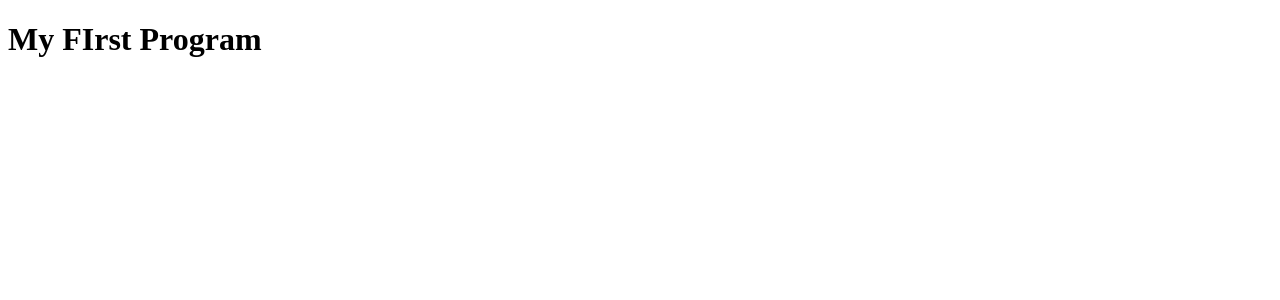
Repository: Anusha-Shilamkoti/Anusha
Page: MyFirstWebProject/WebContent/Index.html
These files come from the project's save history. The page is drawn as it stood at one moment and after the next save; the edit follows.
The browser window is 1280 px wide. The pictures show the whole page.

Above is the page before, as saved 2020-01-18 07:19:30.

### MyFirstWebProject/WebContent/Index.html
<!DOCTYPE html>
<html>
<head>
<meta charset="ISO-8859-1">
<title>Web Application</title>
</head>
<body>
<h1>My FIrst Program</h1>
</body>
</html>

After the next save:
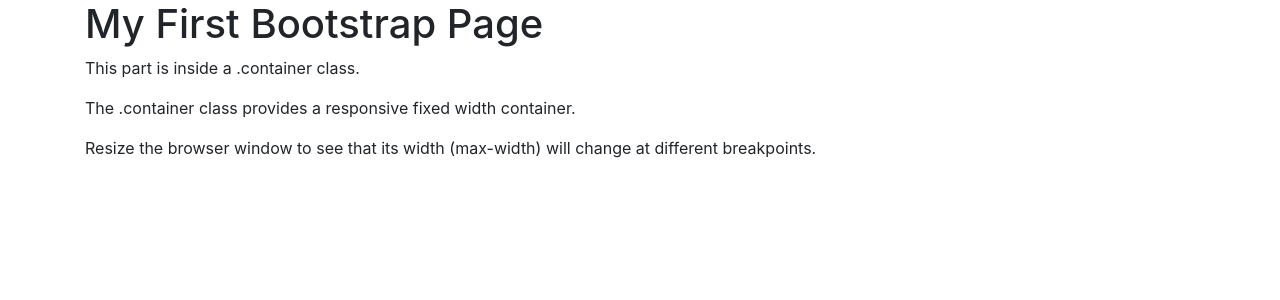
Saved 92 min 20 s later.
--- a/MyFirstWebProject/WebContent/Index.html
+++ b/MyFirstWebProject/WebContent/Index.html
@@ -1,10 +1,22 @@
 <!DOCTYPE html>
-<html>
+<html lang="en">
 <head>
-<meta charset="ISO-8859-1">
-<title>Web Application</title>
+  <title>Bootstrap Example</title>
+  <meta charset="utf-8">
+  <meta name="viewport" content="width=device-width, initial-scale=1">
+  <link rel="stylesheet" href="https://maxcdn.bootstrapcdn.com/bootstrap/4.4.1/css/bootstrap.min.css">
+  <script src="https://ajax.googleapis.com/ajax/libs/jquery/3.4.1/jquery.min.js"></script>
+  <script src="https://cdnjs.cloudflare.com/ajax/libs/popper.js/1.16.0/umd/popper.min.js"></script>
+  <script src="https://maxcdn.bootstrapcdn.com/bootstrap/4.4.1/js/bootstrap.min.js"></script>
 </head>
 <body>
-<h1>My FIrst Program</h1>
+
+<div class="container">
+  <h1>My First Bootstrap Page</h1>
+  <p>This part is inside a .container class.</p>
+  <p>The .container class provides a responsive fixed width container.</p>
+  <p>Resize the browser window to see that its width (max-width) will change at different breakpoints.</p>
+</div>
+
 </body>
 </html>
